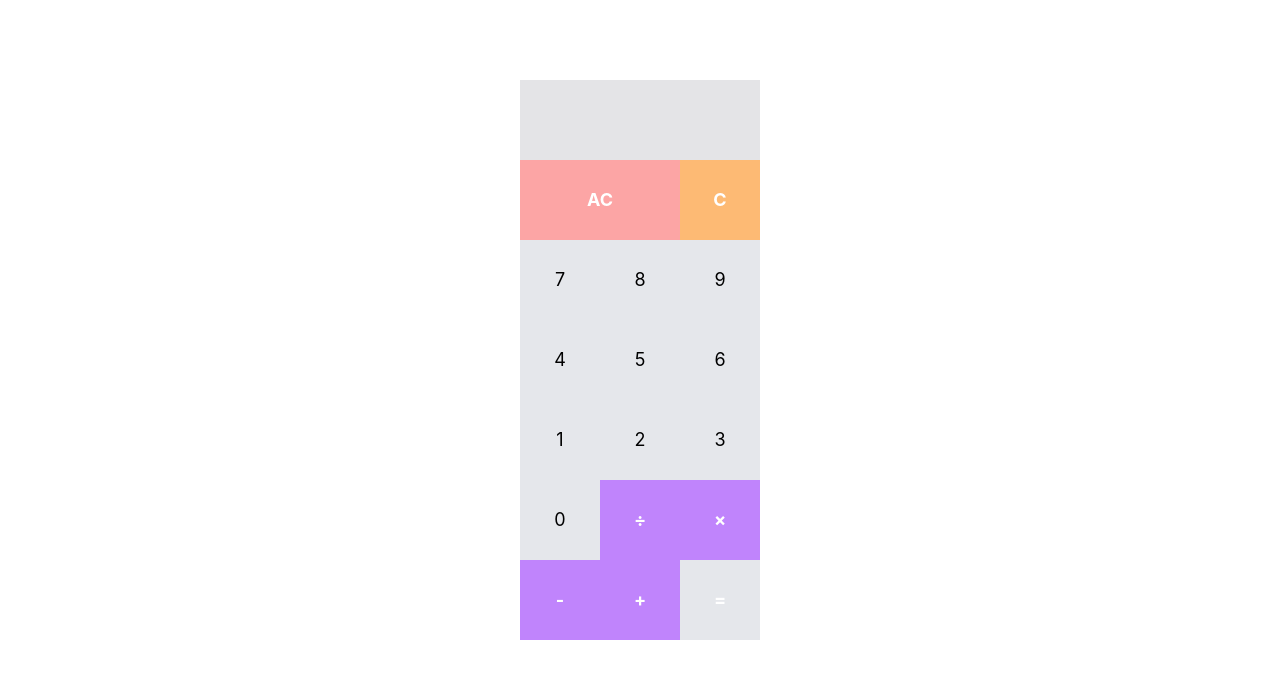
Repository: BrianPhamDev/calculator_app
Page: /
These files come from the project's save history. The page is drawn as it stood at one moment and after the next save; the edit follows.
The browser window is 1280 px wide. The pictures show the whole page.
The project was rebuilt for these pictures with package versions that can differ from the ones it lists, and the page was loaded fresh each time. Also part of the build but not shown: vite.config.js.

Above is the page before, as saved 2024-01-09 14:34:59.

### src/App.jsx
import Calculator from "./components/Calculator";

function App() {
  return (
    <>
      <div className="flex items-center justify-center w-screen h-screen">
        <Calculator></Calculator>
      </div>
    </>
  );
}

export default App;

### src/components/Calculator.jsx
import { calculatorButtons } from "../globals/calculator-button-data";
import { useState } from "react";

const Calculator = () => {
  const specialTypes = {
    operator: "bg-purple-400 hover:bg-purple-300 text-white font-bold",
    enter: "bg-blue-400 hover:bg-blue-300 text-white font-bold",
  };
  const specialClasses = {
    ac: "col-span-2 w-40 bg-red-300 text-white font-bold hover:bg-red-400",
    c: "bg-orange-300 text-white font-bold hover:bg-orange-400",
  };

  const [display, setDisplay] = useState();

  return (
    <div className="">
      <div className="w-60 h-20 bg-zinc-200">
        <h1>{display}</h1>
      </div>
      <div className="grid grid-cols-3">
        {calculatorButtons.map((button) => {
          return (
            <div
              key={button.className}
              className={`bg-gray-200 flex items-center justify-center w-20 h-20 hover:bg-slate-300 text-lg  ${
                specialClasses[button.className] || ""
              }
              ${specialTypes[button.type] || ""}`}
            >
              {button.text}
            </div>
          );
        })}
      </div>
    </div>
  );
};

export default Calculator;

### src/globals/calculator-button-data.js
export const calculatorButtons = [
  {
    type: "clear",
    className: "ac",
    text: "AC",
    value: "All Clear",
  },
  {
    type: "clear",
    className: "c",
    text: "C",
    value: "Clear",
  },
  {
    type: "number",
    className: "seven",
    text: 7,
    value: 7,
  },
  {
    type: "number",
    className: "eight",
    text: 8,
    value: 8,
  },
  {
    type: "number",
    className: "nine",
    text: 9,
    value: 9,
  },

  {
    type: "number",
    className: "four",
    text: 4,
    value: 4,
  },
  {
    type: "number",
    className: "five",
    text: 5,
    value: 5,
  },
  {
    type: "number",
    className: "six",
    text: 6,
    value: 6,
  },

  {
    type: "number",
    className: "one",
    text: 1,
    value: 1,
  },
  {
    type: "number",
    className: "two",
    text: 2,
    value: 2,
  },
  {
    type: "number",
    className: "three",
    text: 3,
    value: 3,
  },
  {
    type: "number",
    className: "zero",
    text: 0,
    value: 0,
  },
  {
    type: "operator",
    className: "divide",
    text: "\u00f7",
    value: "Divide",
  },
  {
    type: "operator",
    className: "multiply",
    text: "\u00d7",
    value: "Multiply",
  },
  {
    type: "operator",
    className: "subtract",
    text: "-",
    value: "Subtract",
  },

  {
    type: "operator",
    className: "add",
    text: "+",
    value: "Add",
  },
  {
    type: "enter",
    className: "equal",
    text: "=",
    value: "Equal",
  },
];

Loaded but not shown: index.html (common file); src/main.jsx (common file); src/index.css (common file); tailwind.config.js (common file)

After the next save:
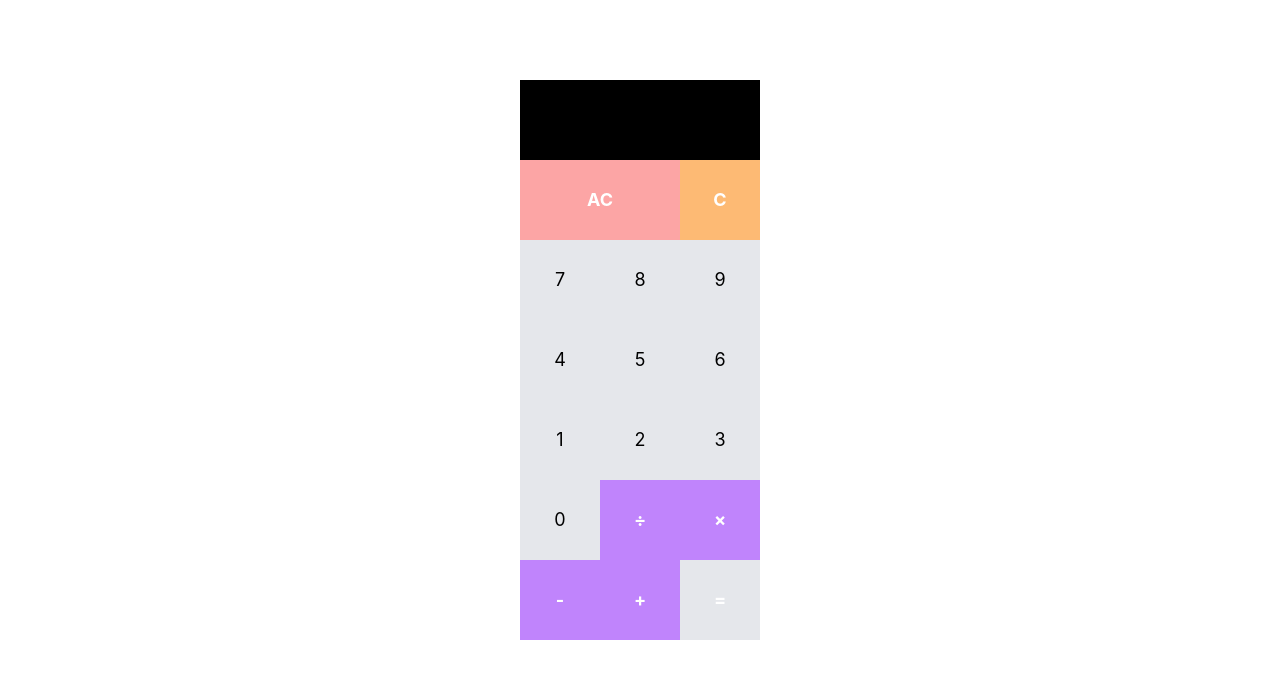
Saved 46 s later.
--- a/src/components/Calculator.jsx
+++ b/src/components/Calculator.jsx
@@ -15,7 +15,7 @@ const Calculator = () => {
 
   return (
     <div className="">
-      <div className="w-60 h-20 bg-zinc-200">
+      <div className="w-60 h-20 bg-black">
         <h1>{display}</h1>
       </div>
       <div className="grid grid-cols-3">
